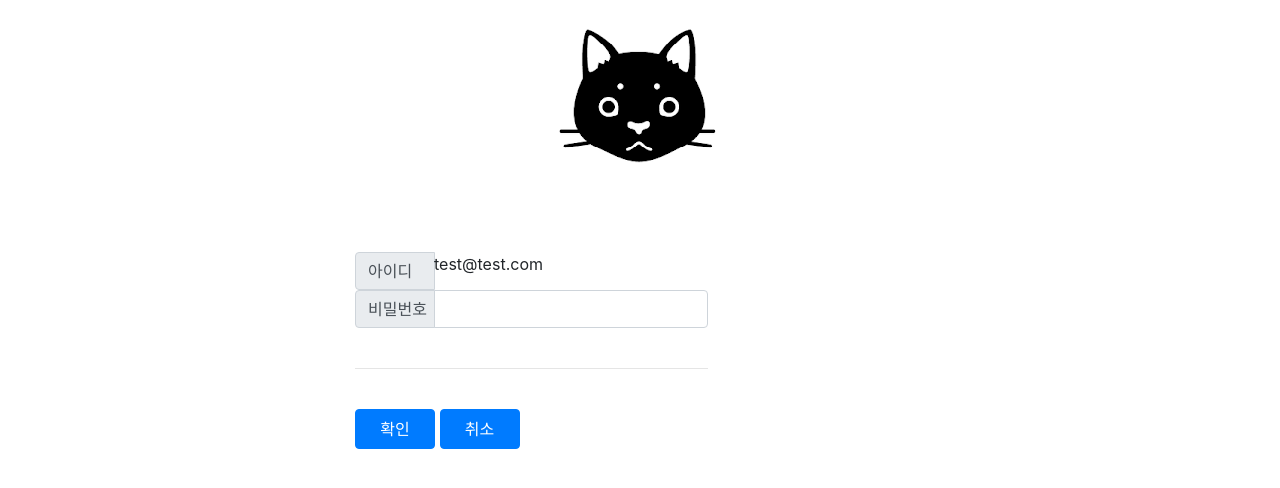
Repository: 0deepsleep/SpringMVCStudy
Page: http://localhost/TestProject/joinCheck.jsp
The author's editor kept a copy of each file at every save. The page is drawn from the files as they stood at one save, then again after the next save.
The browser window is 1280 px wide. The pictures show the whole page.
The page is served by Tomcat 9.

Above is the page before, as saved 2019-06-14 10:04:40.

After the next save:
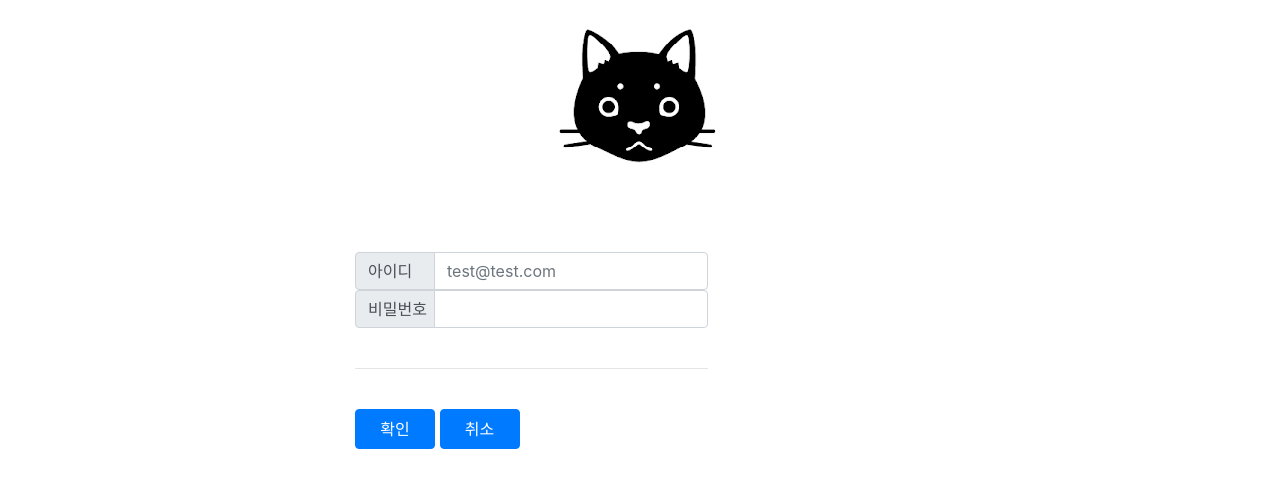
Saved 75 s later.
--- a/TestProject/WebContent/joinCheck.jsp
+++ b/TestProject/WebContent/joinCheck.jsp
@@ -68,7 +68,8 @@
 	  		<div class="input-group-prepend">
 		    	<span class="input-group-text bolck">아이디</span>
 		    </div>
-		  <span class="text" class="form-control">test@test.com</span>
+		    <input type="password" id="userPwd" name="userPwd" class="form-control" placeholder="test@test.com"
+		  required="required" >
 		    </div>
 
 		<div class="input-group" id="memberForm">
